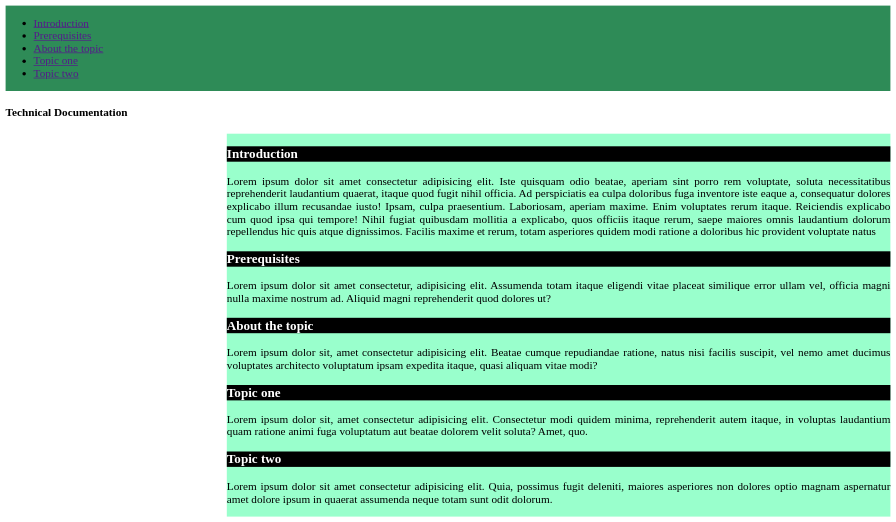
Repository: JoaoLemesDEV/Excercise-Tech-Documentation-Page
Page: index.html
The author's editor kept a copy of each file at every save. The page is drawn from the files as they stood at one save, then again after the next save.
The browser window is 1280 px wide. The pictures show the part of the page from y = 0 to 1920 px (the page is 746 px tall before and 3689 px after), at 70% of full size.

Above is the page before, as saved 2021-10-03 21:21:35.

### index.html
<!DOCTYPE html>
<html lang="en">
  <head>
    <meta charset="UTF-8" />
    <meta http-equiv="X-UA-Compatible" content="IE=edge" />
    <meta name="viewport" content="width=device-width, initial-scale=1.0" />
    <title>Technical Documentaion</title>
    <link rel="stylesheet" href="index.css" />
  </head>
  <body>
    <div class="wrapper">
      <header><h4>Technical Documentation</h4></header>
      <div id="menu">
        <nav>
          <ul>
            <li><a href="">Introduction</a></li>
            <li><a href="">Prerequisites</a></li>
            <li><a href="">About the topic</a></li>
            <li><a href="">Topic one</a></li>
            <li><a href="">Topic two</a></li>
          </ul>
        </nav>
      </div>
      <div id="contents">
        <section id="introduction">
          <h3 style="background: black; color: white">Introduction</h3>
          <p>
            Lorem ipsum dolor sit amet consectetur adipisicing elit. Iste
            quisquam odio beatae, aperiam sint porro rem voluptate, soluta
            necessitatibus reprehenderit laudantium quaerat, itaque quod fugit
            nihil officia. Ad perspiciatis ea culpa doloribus fuga inventore
            iste eaque a, consequatur dolores explicabo illum recusandae iusto!
            Ipsam, culpa praesentium. Laboriosam, aperiam maxime. Enim
            voluptates rerum itaque. Reiciendis explicabo cum quod ipsa qui
            tempore! Nihil fugiat quibusdam mollitia a explicabo, quos officiis
            itaque rerum, saepe maiores omnis laudantium dolorum repellendus hic
            quis atque dignissimos. Facilis maxime et rerum, totam asperiores
            quidem modi ratione a doloribus hic provident voluptate natus
          </p>
        </section>
        <section id="Prerequisites">
          <h3 style="background: black; color: white">Prerequisites</h3>
          <p>
            Lorem ipsum dolor sit amet consectetur, adipisicing elit. Assumenda
            totam itaque eligendi vitae placeat similique error ullam vel,
            officia magni nulla maxime nostrum ad. Aliquid magni reprehenderit
            quod dolores ut?
          </p>
        </section>
        <section id="about the topic">
          <h3 style="background: black; color: white">About the topic</h3>
          <p>
            Lorem ipsum dolor sit, amet consectetur adipisicing elit. Beatae
            cumque repudiandae ratione, natus nisi facilis suscipit, vel nemo
            amet ducimus voluptates architecto voluptatum ipsam expedita itaque,
            quasi aliquam vitae modi?
          </p>
        </section>
        <section id="topic one">
          <h3 style="background: black; color: white">Topic one</h3>
          <p>
            Lorem ipsum dolor sit, amet consectetur adipisicing elit.
            Consectetur modi quidem minima, reprehenderit autem itaque, in
            voluptas laudantium quam ratione animi fuga voluptatum aut beatae
            dolorem velit soluta? Amet, quo.
          </p>
        </section>
        <section id="topic two">
          <h3 style="background: black; color: white">Topic two</h3>
          <p>
            Lorem ipsum dolor sit amet consectetur adipisicing elit. Quia,
            possimus fugit deleniti, maiores asperiores non dolores optio magnam
            aspernatur amet dolore ipsum in quaerat assumenda neque totam sunt
            odit dolorum.
          </p>
        </section>
      </div>
    </div>
  </body>
</html>

### index.css
#menu{
background-color: seagreen;
grid-row-start: 1;
grid-row-end: 2;

}

.wrapper {
    display: grid;
    //grid-template-columns: 100px 100px 100px;
    //grid-template-rows: 150px 150px;
}

#contents{
  background-color: cadetblue;
	margin-left: 25%;
	background: #9FC;
  text-align: justify;
}

After the next save:
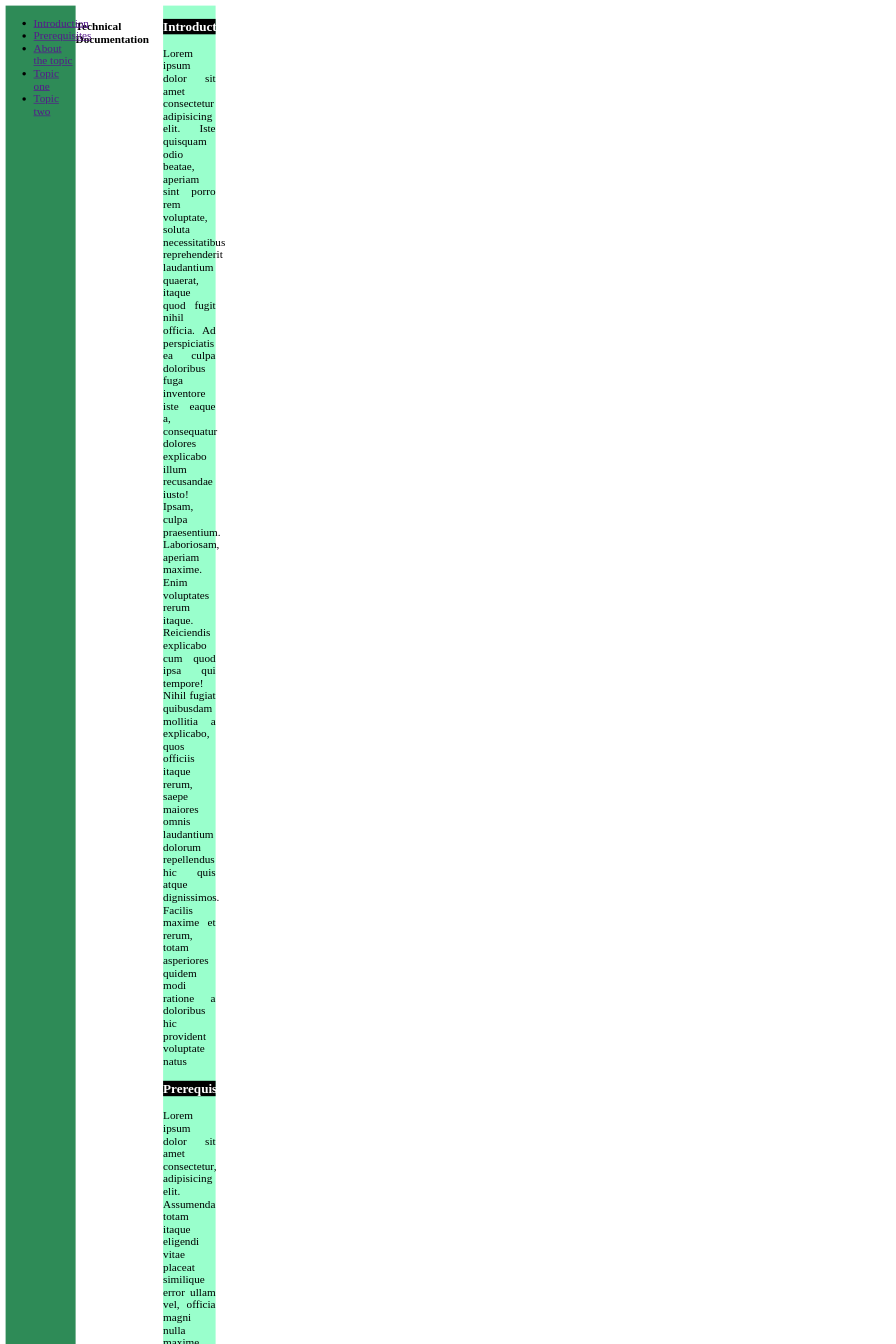
Saved 8 s later.
--- a/index.css
+++ b/index.css
@@ -7,7 +7,7 @@ grid-row-end: 2;
 
 .wrapper {
     display: grid;
-    //grid-template-columns: 100px 100px 100px;
+    grid-template-columns: 100px 100px 100px;
     //grid-template-rows: 150px 150px;
 }
 
